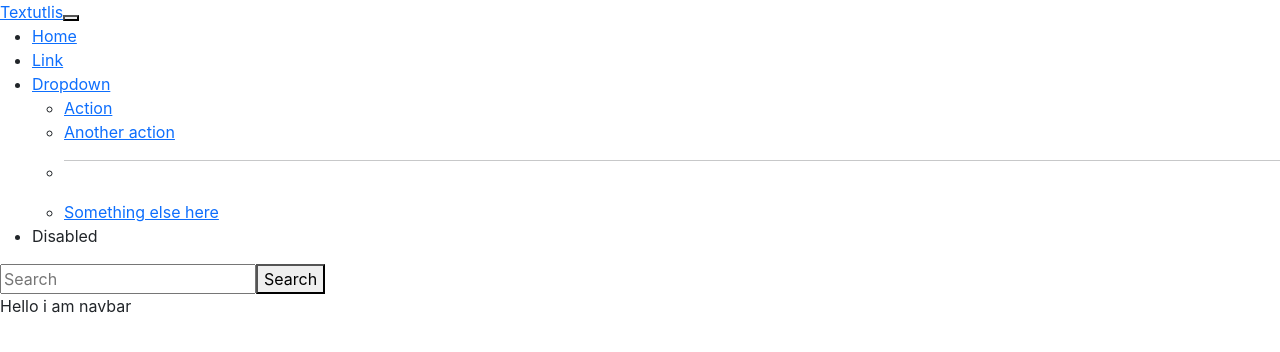
Repository: Aastha1035/React.navbar
Page: /
An editor plug-in stored every save of this project. The page is shown before and after a run of saves, followed by the edit.
The browser window is 1280 px wide. The pictures show the whole page.
The project was rebuilt for these pictures with package versions that can differ from the ones it lists, and the page was loaded fresh each time. Also part of the build but not shown: src/App.css.

Above is the page before, as saved 2024-07-17 10:29:57.

### public/index.html
<!DOCTYPE html>
<html lang="en">
  <head>
    <meta charset="utf-8" />
    <link rel="icon" href="%PUBLIC_URL%/favicon.ico" />
    <meta name="viewport" content="width=device-width, initial-scale=1" />
    <meta name="theme-color" content="#000000" />
    <meta
      name="description"
      content="Web site created using create-react-app"
    />
    <link rel="apple-touch-icon" href="%PUBLIC_URL%/logo192.png" />
    <!--
      manifest.json provides metadata used when your web app is installed on a
      user's mobile device or desktop. See https://developers.google.com/web/fundamentals/web-app-manifest/
    -->
    <link rel="manifest" href="%PUBLIC_URL%/manifest.json" />
    <!--
      Notice the use of %PUBLIC_URL% in the tags above.
      It will be replaced with the URL of the `public` folder during the build.
      Only files inside the `public` folder can be referenced from the HTML.

      Unlike "/favicon.ico" or "favicon.ico", "%PUBLIC_URL%/favicon.ico" will
      work correctly both with client-side routing and a non-root public URL.
      Learn how to configure a non-root public URL by running `npm run build`.
    -->
    <link href="https://cdn.jsdelivr.net/npm/bootstrap@5.3.3/dist/css/bootstrap.min.css" rel="stylesheet" integrity="sha384-QWTKZyjpPEjISv5WaRU9OFeRpok6YctnYmDr5pNlyT2bRjXh0JMhjY6hW+ALEwIH" crossorigin="anonymous">
    <title>React App</title>
  </head>
  <body>
    <noscript>You need to enable JavaScript to run this app.</noscript>
    <div id="root"></div>
    <!--
      This HTML file is a template.
      If you open it directly in the browser, you will see an empty page.

      You can add webfonts, meta tags, or analytics to this file.
      The build step will place the bundled scripts into the <body> tag.

      To begin the development, run `npm start` or `yarn start`.
      To create a production bundle, use `npm run build` or `yarn build`.
    -->
    <script src="https://cdn.jsdelivr.net/npm/bootstrap@5.3.3/dist/js/bootstrap.bundle.min.js"
    integrity="sha384-YvpcrYf0tY3lHB60NNkmXc5s9fDVZLESaAA55NDzOxhy9GkcIdslK1eN7N6jIeHz"
    crossorigin="anonymous"></script>
  </body>
</html>

### src/App.js

import './App.css';
import Navbar from './components/Navbar';
function App() {
  return (
    <>
   <nav classname="navbar navbar-expand-lg bg-body-tertiary">
  <div classname="container-fluid">
    <a classname="navbar-brand" href="/">Textutlis</a>
    <button classname="navbar-toggler" type="button" data-bs-toggle="collapse" data-bs-target="#navbarSupportedContent" aria-controls="navbarSupportedContent" aria-expanded="false" aria-label="Toggle navigation">
      <span classname="navbar-toggler-icon"></span>
    </button>
    <div classname="collapse navbar-collapse" id="navbarSupportedContent">
      <ul classname="navbar-nav me-auto mb-2 mb-lg-0">
        <li classname="nav-item">
          <a classname="nav-link active" aria-current="page" href="/">Home</a>
        </li>
        <li classname="nav-item">
          <a classname="nav-link" href="/">Link</a>
        </li>
        <li classname="nav-item dropdown">
          <a classname="nav-link dropdown-toggle" href="/" role="button" data-bs-toggle="dropdown" aria-expanded="false">
            Dropdown
          </a>
          <ul classname="dropdown-menu">
            <li><a classname="dropdown-item" href="/">Action</a></li>
            <li><a classname="dropdown-item" href="/">Another action</a></li>
            <li><hr classname="dropdown-divider"/></li>
            <li><a classname="dropdown-item" href="/">Something else here</a></li>
          </ul>
        </li>
        <li classname="nav-item">
          <a classname="nav-link disabled" aria-disabled="true">Disabled</a>
        </li>
      </ul>
      <form classname="d-flex" role="search">
        <input classname="form-control me-2" type="search" placeholder="Search" aria-label="Search"/>
        <button classname="btn btn-outline-success" type="submit">Search</button>
      </form>
    </div>
  </div>
</nav>
<Navbar/>
  </>
  );
}

export default App;

### src/components/Navbar.js
import React from 'react'

export default function Navbar() {
  return (
    <div>
      Hello i am navbar
    </div>
  )
}

### src/components/Textform.js
import React from 'react'

export default function Textform() {
  return (
    <div>
      <div class="mb-3">
      <label for="mybox" class="form-label">Email address</label>
      <textarea class="form-control" id="mybox" rows="3"></textarea>
     </div>
</div>
  )
}

Loaded but not shown: src/index.js (common file); src/index.css (common file); src/reportWebVitals.js (common file)

After the next 3 saves:
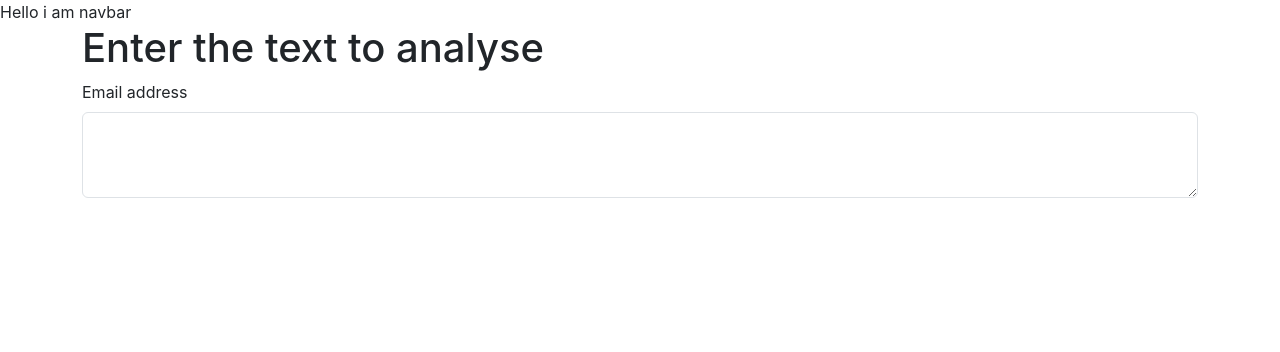
The 3 saves are shown as one change because 2 did not build or start.
The last was saved 19 min 47 s later.
--- a/src/App.js
+++ b/src/App.js
@@ -1,46 +1,16 @@
 
 import './App.css';
 import Navbar from './components/Navbar';
+import Textform from './components/Textform';
+
 function App() {
   return (
     <>
-   <nav classname="navbar navbar-expand-lg bg-body-tertiary">
-  <div classname="container-fluid">
-    <a classname="navbar-brand" href="/">Textutlis</a>
-    <button classname="navbar-toggler" type="button" data-bs-toggle="collapse" data-bs-target="#navbarSupportedContent" aria-controls="navbarSupportedContent" aria-expanded="false" aria-label="Toggle navigation">
-      <span classname="navbar-toggler-icon"></span>
-    </button>
-    <div classname="collapse navbar-collapse" id="navbarSupportedContent">
-      <ul classname="navbar-nav me-auto mb-2 mb-lg-0">
-        <li classname="nav-item">
-          <a classname="nav-link active" aria-current="page" href="/">Home</a>
-        </li>
-        <li classname="nav-item">
-          <a classname="nav-link" href="/">Link</a>
-        </li>
-        <li classname="nav-item dropdown">
-          <a classname="nav-link dropdown-toggle" href="/" role="button" data-bs-toggle="dropdown" aria-expanded="false">
-            Dropdown
-          </a>
-          <ul classname="dropdown-menu">
-            <li><a classname="dropdown-item" href="/">Action</a></li>
-            <li><a classname="dropdown-item" href="/">Another action</a></li>
-            <li><hr classname="dropdown-divider"/></li>
-            <li><a classname="dropdown-item" href="/">Something else here</a></li>
-          </ul>
-        </li>
-        <li classname="nav-item">
-          <a classname="nav-link disabled" aria-disabled="true">Disabled</a>
-        </li>
-      </ul>
-      <form classname="d-flex" role="search">
-        <input classname="form-control me-2" type="search" placeholder="Search" aria-label="Search"/>
-        <button classname="btn btn-outline-success" type="submit">Search</button>
-      </form>
-    </div>
-  </div>
-</nav>
-<Navbar/>
+   < Navbar title="TextUtils"/>
+   <div className="container">
+   <Textform heading="Enter the text to analyse"/>
+   </div>
+
   </>
   );
 }
--- a/src/components/Textform.js
+++ b/src/components/Textform.js
@@ -1,8 +1,9 @@
 import React from 'react'
 
-export default function Textform() {
+export default function Textform(props) {
   return (
     <div>
+        <h1>{props.heading}</h1>
       <div class="mb-3">
       <label for="mybox" class="form-label">Email address</label>
       <textarea class="form-control" id="mybox" rows="3"></textarea>
